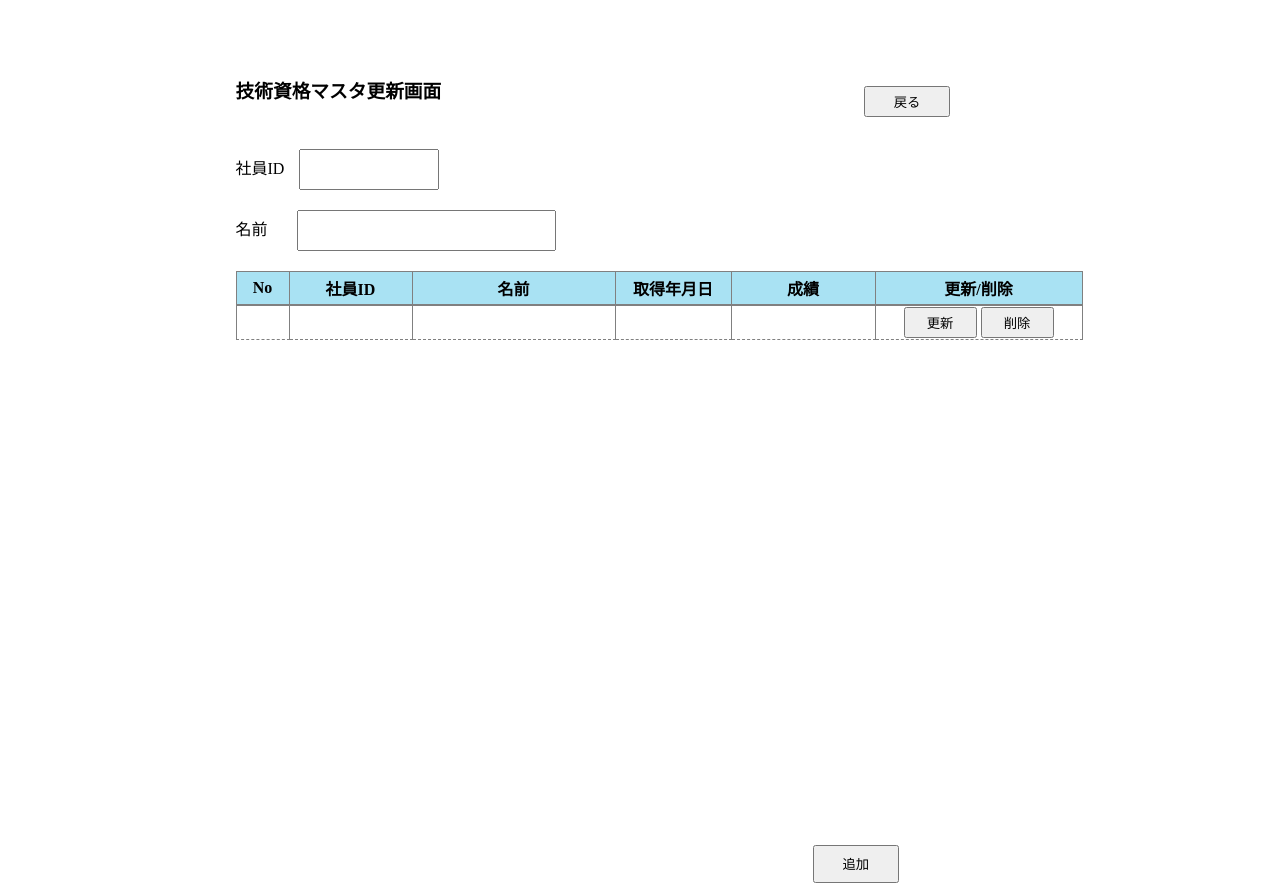
Repository: nguyenvantandev/WebApp
Page: http://localhost/EmployeeInfoSystem/SkillUpdate.jsp
These files come from the project's save history. The page is drawn as it stood at one moment and after the next save; the edit follows.
The browser window is 1280 px wide. The pictures show the whole page.
Some web libraries are served in a nearby version. The page is served by Tomcat 9. Other server files are loaded and not shown.

Above is the page before, as saved 2016-06-08 04:56:25.

### EmployeeInfoSystem/WebContent/SkillUpdate.jsp
<%@ page language="java" contentType="text/html; charset=UTF-8"
	pageEncoding="UTF-8"%>
<%@ taglib prefix="c" uri="http://java.sun.com/jsp/jstl/core"%>
<!DOCTYPE html PUBLIC "-//W3C//DTD HTML 4.01 Transitional//EN" "http://www.w3.org/TR/html4/loose.dtd">
<html>
<head>
<meta http-equiv="Content-Type" content="text/html; charset=UTF-8">
<link rel="stylesheet" type="text/css" href="css/SkillUpdate.css">
<script type="text/javascript" src="js/SkillUpdate.js"></script>
<script type="text/javascript"
	src="http://code.jquery.com/jquery-1.10.1.min.js"></script>
<title>技術資格マスタ更新画面</title>
</head>
<body>
	<form action="">
		<div id="Interface">

			<input type="button" id="modoru" name="modoru" value="戻る">
			<h3>
				<b>技術資格マスタ更新画面</b>
			</h3>

			<label id="label_id">社員ID</label><input type="text" id="shainId" name="shainId"><br>
			<label id="label_name">名前</label><input type="text" id="namae" name="namae"><br>
			<div id="list">
				<table id="table" border="1">
					<thead>
						<tr>
							<th style="width: 50px" align="center">No</th>
							<th style="width: 120px" align="center">社員ID</th>
							<th style="width: 200px" align="center">名前</th>
							<th style="width: 113px" align="center">取得年月日</th>
							<th style="width: 141px" align="center">成績</th>
							<th style="width: 204px" align="center">更新/削除</th>
						</tr>
					</thead>
					<!--  -->
												<tr>
								<td style="width: 50px" align="center"><c:out value="${row.num}" /></td>
								<td style="width: 120px" align="center"><c:out value="${row.shainid}"></c:out></td>
								<td style="width: 200px" align="center"><c:out value="${row.namae}"></c:out></td>
								<td style="width: 113px" align="center"><c:out value="${row.shutokuday}"></c:out></td>
								<td style="width: 141px" align="center"><c:out value="${row.seiseki}"></c:out></td>
								<td style="width: 204px" align="center">
								<input type="button" id="koushin" name="koushin" value="更新" onclick="pop('popDivUpdate')">
									<input  type="button" id="sakujo" name="sakujo" value="削除">
								</td>

							</tr>
					<!--  -->
					<tbody>
						<c:forEach var="row" items="${memberList}">
							<tr>
								<td style="width: 50px" align="center"><c:out value="${row.num}" /></td>
								<td style="width: 120px" align="center"><c:out value="${row.shainid}"></c:out></td>
								<td style="width: 200px" align="center"><c:out value="${row.namae}"></c:out></td>
								<td style="width: 113px" align="center"><c:out value="${row.shutokuday}"></c:out></td>
								<td style="width: 141px" align="center"><c:out value="${row.seiseki}"></c:out></td>
								<td style="width: 204px" align="center">
								<input type="button" id="koushin" name="koushin" value="更新" onclick="pop('popDivUpdate')">
									<input  type="button" id="sakujo" name="sakujo" value="削除">
								</td>

							</tr>
						</c:forEach>

					</tbody>
				</table>
			</div>

			<input type="hidden" name="id" name="id" value="<%=request.getAttribute("id")%>">
			<input type="button" id="tsuika" name="tsuika" value="追加" onclick="pop('popDivAdd')">
			<!--追加  -->
			<div id="popDivAdd" class="ontop">
				<div id="addform">
					<input type="button" id="tojiru" name="tojiru" value="閉じる" onclick="hide('popDivAdd')">
					<h3><b>資格追加</b></h3>
					<label id="label_shiakumei">資格名</label>
					<select id="shikakuMei" name="shikakuMei">
					<option></option>
					</select><br>

					<label id="label_shutokuDate" >取得年月日</label>
					<select id="year" name="year">
					<option></option>
					</select>
					<label id="label_year">年</label>
					<select id="month" name="month">
					<option></option>
					</select>
					<label id="label_month">月</label>
					<select id="day" name="day">
					<option></option>
					</select>
					<label id="label_day">日</label><br>
					<label id="label_seiseki">成績</label><input type="text" id="seiseki" name="seiseki"><br>
					<label id="label_houjijun">表示順</label>
					<select id="houjijun" name="houjijun">
					<option></option>
					</select><br>
					<input type="button" id="popup_tsuika" name="popup_tsuika" value="追加">
				</div>
			</div>

			<!--更新  -->
			<div id="popDivUpdate" class="ontop">
				<div id="addform">
					<input type="button" id="tojiru" name="tojiru" value="閉じる" onclick="hide('popDivUpdate')">
					<h3><b>資格追加</b></h3>
					<label id="label_shiakumei">資格名</label><input type="text" id="shikakumei" name="shikakumei"><br>
					<label id="label_shutokuDate" >取得年月日</label>
					<select id="year" name="year">
					<option></option>
					</select>
					<label id="label_year">年</label>
					<select id="month" name="month">
					<option></option>
					</select>
					<label id="label_month">月</label>
					<select id="day" name="day">
					<option></option>
					</select>
					<label id="label_day">日</label><br>
					<label id="label_seiseki">成績</label><input type="text" id="seiseki" name="seiseki"><br>
					<label id="label_houjijun">表示順</label>
					<select id="houjijun" name="houjijun">
					<option></option>
					</select><br>
					<input type="button" id="popup_koushin" name="popup_koushin" value="更新">
				</div>
			</div>
		</div>


	</form>

</body>
</html>

### EmployeeInfoSystem/WebContent/css/SkillUpdate.css
@CHARSET "UTF-8";

.ontop {
	z-index: 999;
	width: 771px;
	height: 310px;
	top: 0;
	left: 0;
	display: none;
	position: absolute;
	background-color: #BEF781;
	opacity: 1.4;
	filter: alpha(opacity = 50);
	position: fixed;
	left: 22%;
	top: 30%;
	border-style: double;
}

table {
	border-collapse: collapse;
	border-top-width: 0px;
	border-right-width: 0px;
	border-bottom-width: 0px;
	border-left-width: 0px;
}

th {
	table-layout: fixed;
	height: 30px;
	background-color: #A9E2F3;
}

td {
	table-layout: fixed;
	height: 30px;
	background-color: white;
	border-bottom-style: dashed;
}

tbody, thead {
	display: block;
}

tbody {
	overflow: auto;
	height: 265px;
	width: 865px;
}

#Interface {
	margin-left: 18%;
	margin-top: 6%;
	margin-right: 16%;
	margin-bottom: 2%;
}

#modoru {
	width: 86px;
	height: 31px;
	margin-top: 10px;
	margin-right: 10px;
	margin-bottom: 10px;
	right: 25%;
	position: absolute;
}

h3 {
	margin-top: 22px;
	margin-bottom: 26px;
}

#label_id {
	margin-right: 15px;
}

#label_name {
	margin-right: 29px;
}

#shainId {
	margin-top: 20px;
	margin-bottom: 20px;
	height: 35px;
	width: 132px;
}

#namae {
	margin-bottom: 20px;
	height: 35px;
	width: 251px;
}

#list {

}

#koushin {
	width: 73px;
	height: 31px;
}

#sakujo {
	width: 73px;
	height: 31px;
}

#tsuika {
	width: 86px;
	height: 38px;
	margin-top: 10px;
	margin-right: 10px;
	margin-bottom: 10px;
	right: 29%;
	position: absolute;
}

#addform {
	margin-left: 1%;
	margin-top: 1%;
	margin-right: 2%;
}

#tojiru {
	right: 2%;
	position: absolute;
	height: 28px;
	width: 46px;
}

#label_shiakumei {
	margin-right: 42px;
}

#shikakuMei {
	margin-top: 10px;
	margin-bottom: 10px;
	height: 32px;
	width: 386px;
}

#label_shutokuDate {
	margin-right: 10px;
}

#year {
	margin-top: 10px;
	margin-bottom: 10px;
	height: 32px;
	width: 100px;
}

#label_year {

}

#month {
	margin-top: 10px;
	margin-bottom: 10px;
	height: 32px;
	width: 85px;
}

#label_month {

}

#day {
	margin-top: 10px;
	margin-bottom: 10px;
	height: 32px;
	width: 85px;
}

#label_day {

}

#label_seiseki {
	margin-right: 63px;
}

#seiseki, #upd_seiseki {
	height: 32px;
}

#label_houjijun {
	margin-right: 42px;
}

#houjijun, #upd_houjijun {
	margin-top: 10px;
	margin-bottom: 10px;
	height: 32px;
	width: 96px;
}

#popup_tsuika {
	right: 20%;
	position: absolute;
	height: 34px;
	width: 84px;
}

#upd_shikakumei {
	margin-top: 10px;
	margin-bottom: 10px;
	height: 34px;
	width: 343px;
}

#popup_koushin {
	right: 20%;
	position: absolute;
	height: 34px;
	width: 84px;
}

#upd_year {
	margin-top: 10px;
	margin-bottom: 10px;
	height: 32px;
	width: 100px;
}

#upd_month {
	margin-top: 10px;
	margin-bottom: 10px;
	height: 32px;
	width: 85px;
}

#upd_day {
	margin-top: 10px;
	margin-bottom: 10px;
	height: 32px;
	width: 85px;
}

### EmployeeInfoSystem/WebContent/js/SkillUpdate.js
function hide(div) {
	document.getElementById("tsuika").disabled = false;
	document.getElementById(div).style.display = 'none';
}

function SkillUpdate_load() {

	/*
	 * 社員マスタ検索画面から取得した値 ↓
	 */
	var shainId_search = document.getElementById("shainId_search").value;
	document.getElementById("shainId_search").value = shainId_search;
	var namae_search = document.getElementById("namae_search").value;
	document.getElementById("namae_search").value = namae_search;
	var sebetsu_search = document.getElementById("sebetsu_search").value;
	document.getElementById("sebetsu_search").value = sebetsu_search;
	var sakujo_search = document.getElementById("sakujo_search").value;
	document.getElementById("sakujo_search").value = sakujo_search;
	/*
	 * 社員マスタ検索画面から取得した値 ↑
	 */

	/*
	 * 生年月日 日付設定 ↓
	 */
	var nowyear = new Date().getFullYear();
	var startyear = 2020;
	var endyear = 1950;
	var optionsyear = "";
	for (var year = startyear; year >= endyear; year--) {
		optionsyear += "<option>" + year + "</option>";
	}
	document.getElementsByName("year")[0].innerHTML = optionsyear;
	$('#year').val("");
	document.getElementsByName("upd_year")[0].innerHTML = optionsyear;
	$('#upd_year').val("");
	// month
	var startmonth = 1;
	var endmonth = 12;
	var optionsmonth = "";
	for (var month = startmonth; month <= endmonth; month++) {
		if (month <= 9) {
			month = "0" + month.toString();
		}
		optionsmonth += "<option>" + month + "</option>";
	}
	document.getElementsByName("month")[0].innerHTML = optionsmonth;
	$('#month').val("");
	document.getElementsByName("upd_month")[0].innerHTML = optionsmonth;
	$('#upd_month').val("");
	// day
	var startday = 1;
	var endday = 31;
	var optionsday = "";
	for (var day = startday; day <= endday; day++) {
		if (day <= 9) {
			day = "0" + day.toString();
		}
		optionsday += "<option>" + day + "</option>";
	}
	document.getElementsByName("day")[0].innerHTML = optionsday;
	$('#day').val("");
	document.getElementsByName("upd_day")[0].innerHTML = optionsday;
	$('#upd_day').val("");
	/*
	 * 生年月日 日付設定 ↑
	 */

	var shikakuId = document.getElementById("shainId").value;
	var namae = document.getElementById("namae").value;
	if (shikakuId != "null") {
		document.getElementById("shainId").disabled = true;
		document.getElementById("shainId").value = shikakuId;
	} else {
		document.getElementById("shainId").value = "";
	}
	if (namae != "null") {
		document.getElementById("namae").disabled = true;
		document.getElementById("namae").value = namae;
	} else {
		document.getElementById("namae").value = "";
	}

	var compeleteMes = document.getElementById("compeleteMes").value;
	var errorMes = document.getElementById("errorMes").value;
	var serverErrorMes = document.getElementById("serverErrorMes").value;
	if (compeleteMes != "null") {
		alert(compeleteMes);
	}
	if (errorMes != "null") {
		alert(errorMes);
		document.getElementById("actionName").value = "エラー";
		document.getElementById("SkillUpdate").submit();
		return false;
	}
	if (serverErrorMes != "null") {
		alert(serverErrorMes);
		document.getElementById("koushin").disabled = true;
		document.getElementById("sakujo").disabled = true;
		document.getElementById("tsuika").disabled = true;
		return false;
	}

	/*
	 * 表示順セット ↓
	 */
	var hyoujijun = document.getElementById("hyoujijun_count").value;
	var show = "";
	var showupd = "";
	if (hyoujijun != "null") {

		for (var i = 1; i <= hyoujijun; i++) {
			show += "<option>" + i + "</option>";
		}
		document.getElementsByName("houjijun")[0].innerHTML = show;
		$('#houjijun').val("");
		for (var i = 1; i < hyoujijun; i++) {
			showupd += "<option>" + i + "</option>";
		}
		document.getElementsByName("upd_houjijun")[0].innerHTML = showupd;
	} else {
		show += "<option>" + 1 + "</option>";
		document.getElementsByName("houjijun")[0].innerHTML = show;
	}

	/*
	 * 初期表示処理 ↓
	 */
	var id = document.getElementById("zengamen_shainId").value;
	if (id != "null") {
		document.getElementById("actionName").value = "初期表示";
		document.getElementById("actionValue").value = id;
		document.getElementById("SkillUpdate").submit();
	}
}

function popupKoshin_click(Val) {
	document.getElementById("tsuika").disabled = true;
	var shikakuname = Val.parentNode.parentNode.cells[2].innerHTML;
	var shutokudate = Val.parentNode.parentNode.cells[3].innerHTML;
	var seiseki = Val.parentNode.parentNode.cells[4].innerHTML;
	var junban = Val.parentNode.parentNode.cells[0].innerHTML;
	var licenseId = Val.parentNode.parentNode.cells[1].innerHTML;
	document.getElementById("upd_shikakumei").value = shikakuname;
	document.getElementById("licenseID").value = licenseId;
	document.getElementById("junbanUpd").value = junban;
	document.getElementById("upd_shikakumei").disabled = true;
	if (seiseki == "○") {
		document.getElementById("upd_seiseki").value = "";
		document.getElementById("upd_seiseki").disabled = true;
	} else {
		document.getElementById("upd_seiseki").disabled = false;
		document.getElementById("upd_seiseki").value = seiseki;
	}
	$('#upd_houjijun').val(junban);
	var res = shutokudate.split("-");
	$('#upd_year').val(res[0]);
	$('#upd_month').val(res[1]);
	$('#upd_day').val(res[2]);

	var shainId = document.getElementById("shainId").value;
	document.getElementById("actionValue").value = shainId;
	document.getElementById("popDivUpdate").style.display = 'block';
}

function modoru_click() {
	document.getElementById("actionName").value = "戻る";
	document.getElementById("SkillUpdate").submit();
}

function popupTsuika_click() {
	var shainId = document.getElementById("shainId").value;
	document.getElementById("actionValue").value = shainId;
	document.getElementById("popDivAdd").style.display = 'block';
}

function tsuika_click() {
	var licenseid = document.getElementById("licenseID").value;
	if (licenseid == "") {
		var LcsId = document.getElementsByName("LcsId")[0].value;
		document.getElementById("licenseID").value = LcsId;
	}
	var year = document.getElementById("year").value;
	var month = document.getElementById("month").value;
	var day = document.getElementById("day").value;
	if (year == "") {
		alert("生年月日が未選択です。");
		return false;
	}
	if (month == "") {
		alert("生年月日が未選択です。");
		return false;
	}
	if (day == "") {
		alert("生年月日が未選択です。");
		return false;
	}
	dt = new Date(year, month - 1, day);
	if (dt.getFullYear() != year || dt.getMonth() != month - 1
			|| dt.getDate() != day) {
		alert("選択日付は不正です。");
		return false;
	}
	var seiseki = document.getElementById("seiseki").value;
	if (!document.getElementById("seiseki").disabled) {
		if (seiseki == "") {
			alert("成績が未入力です。");
			return false;
		} else if (seiseki != "") {
			var regex = /^[A-Za-z0-9]+$/;
			if (!seiseki.match(regex)) {
				alert("成績は半角英数字のみ入力してください。");
				return false;
			}
		}
	}

	var hyoujijun = document.getElementById("houjijun").value;
	if (hyoujijun == "") {
		alert("表示順が未選択です。");
		return false;
	}
	var conf = confirm("新技術資格を追加してよろしいですか。");
	if (conf == true) {
		document.getElementById("actionName").value = "追加";
		document.getElementById("SkillUpdate").submit();
	} else {
		return false;
	}
}

function koushin_click() {
	var year = document.getElementById("upd_year").value;
	var month = document.getElementById("upd_month").value;
	var day = document.getElementById("upd_day").value;
	dt = new Date(year, month - 1, day);
	if (dt.getFullYear() != year || dt.getMonth() != month - 1
			|| dt.getDate() != day) {
		alert("選択日付は不正です。");
		return false;
	}
	var seiseki = document.getElementById("upd_seiseki").value;
	if (!document.getElementById("upd_seiseki").disabled) {
		if (seiseki == "") {
			alert("成績が未入力です。");
			return false;
		} else if (seiseki != "") {
			var regex = /^[A-Za-z0-9]+$/;
			if (!seiseki.match(regex)) {
				alert("成績は半角英数字のみ入力してください。");
				return false;
			}
		}
	}

	var conf = confirm("資格名の情報を更新してよろしいですか。");
	if (conf == true) {
		document.getElementById("actionName").value = "更新";
		document.getElementById("SkillUpdate").submit();
	} else {
		return false;
	}

}

function shikakuMei_change() {
	var slectedOn = document.getElementById("shikakuMei").selectedIndex;
	var recordStype = document.getElementsByName("recordTest")[slectedOn].value;
	var LcsId = document.getElementsByName("LcsId")[slectedOn].value;
	document.getElementById("licenseID").value = LcsId;
	if (recordStype == "1") {
		document.getElementById("seiseki").disabled = true;
	} else {
		document.getElementById("seiseki").disabled = false;
	}

}

function sakujo_click(Val) {
	var shainId = document.getElementById("shainId").value;
	var licenseid = Val.parentNode.parentNode.cells[1].innerHTML;
	document.getElementById("actionValue").value = shainId;
	document.getElementById("licenseID").value = licenseid;
	var junban = Val.parentNode.parentNode.cells[0].innerHTML;
	document.getElementById("junbanUpd").value = junban;
	var conf = confirm("資格情報を削除してよろしいですか。");
	if (conf == true) {
		document.getElementById("actionName").value = "削除";
		document.getElementById("SkillUpdate").submit();
	} else {
		return false;
	}

}

After the next save:
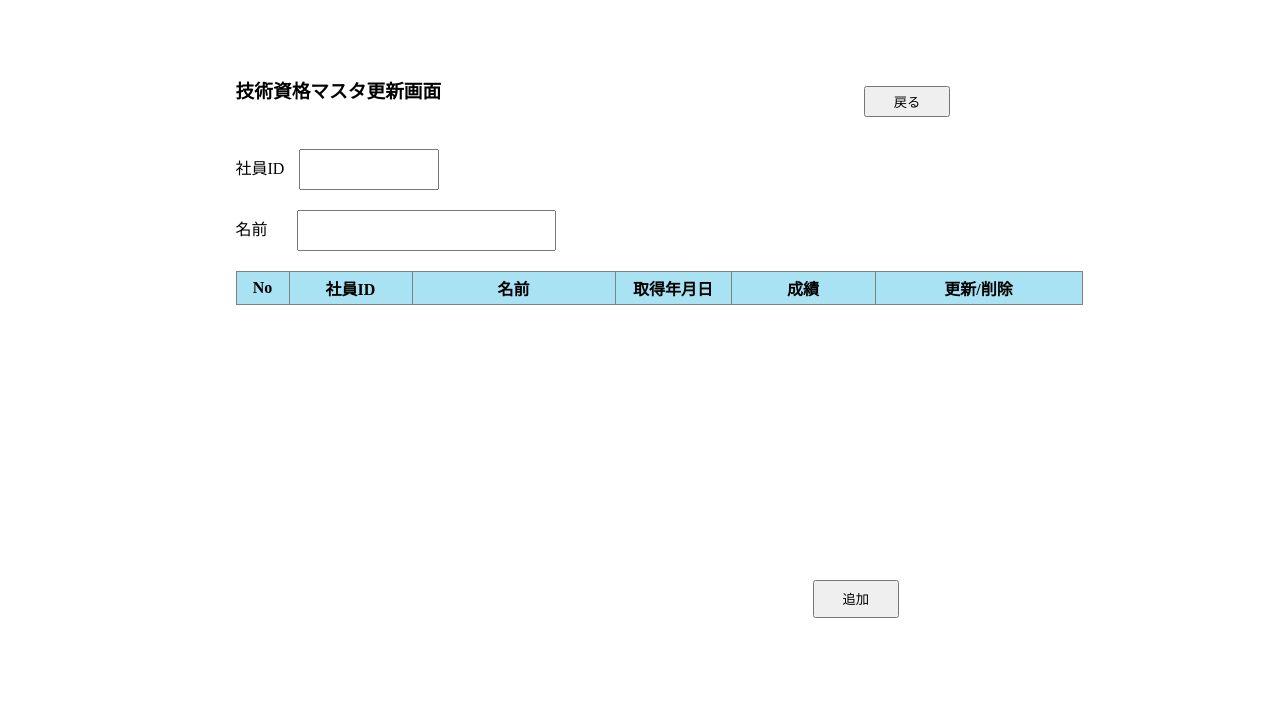
Saved 2 min 8 s later.
--- a/EmployeeInfoSystem/WebContent/SkillUpdate.jsp
+++ b/EmployeeInfoSystem/WebContent/SkillUpdate.jsp
@@ -34,20 +34,6 @@
 							<th style="width: 204px" align="center">更新/削除</th>
 						</tr>
 					</thead>
-					<!--  -->
-												<tr>
-								<td style="width: 50px" align="center"><c:out value="${row.num}" /></td>
-								<td style="width: 120px" align="center"><c:out value="${row.shainid}"></c:out></td>
-								<td style="width: 200px" align="center"><c:out value="${row.namae}"></c:out></td>
-								<td style="width: 113px" align="center"><c:out value="${row.shutokuday}"></c:out></td>
-								<td style="width: 141px" align="center"><c:out value="${row.seiseki}"></c:out></td>
-								<td style="width: 204px" align="center">
-								<input type="button" id="koushin" name="koushin" value="更新" onclick="pop('popDivUpdate')">
-									<input  type="button" id="sakujo" name="sakujo" value="削除">
-								</td>
-
-							</tr>
-					<!--  -->
 					<tbody>
 						<c:forEach var="row" items="${memberList}">
 							<tr>
